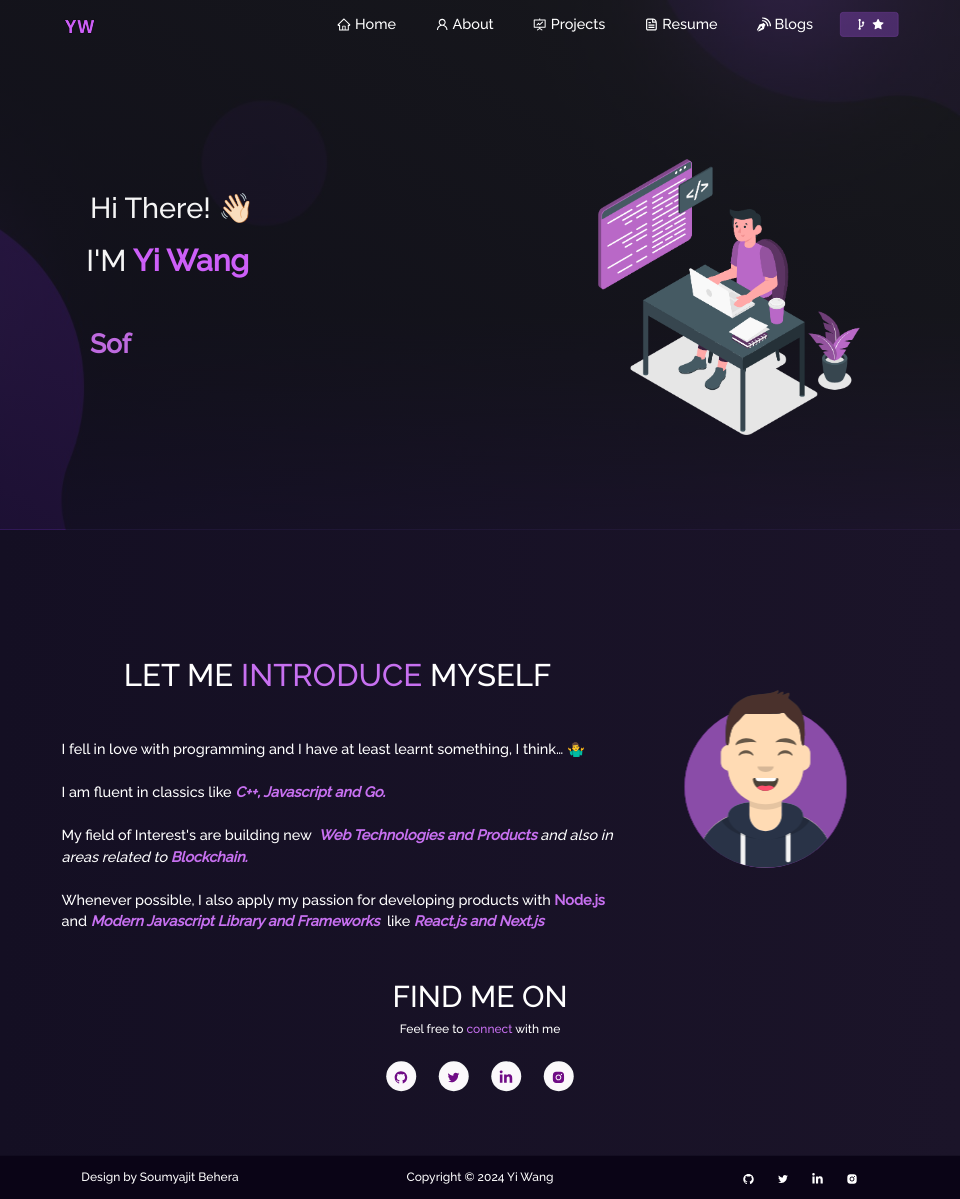
Repository: YiWang24/Portfolio
Page: /
An editor plug-in stored every save of this project. The page is shown before and after a run of saves, followed by the edit.
The browser window is 1280 px wide. The pictures show the whole page, at 75% of full size.
The project was rebuilt for these pictures with package versions that can differ from the ones it lists, and the page was loaded fresh each time. Also part of the build but not shown: src/components/About/Github.js, src/components/About/Techstack.js, src/components/About/AboutCard.js, src/components/About/Toolstack.js, src/components/About/About.js, src/components/Projects/ProjectCards.js, src/components/Projects/Projects.js, src/components/Resume/ResumeNew.js. Imported but missing from the stored project, and not drawn on this page: src/Assets/Soumyajit_Behera-BIT_MESRA.pdf.

Above is the page before, as saved 2024-08-21 02:24:37.

### src/components/Navbar.js
import React, { useState } from "react";
import Navbar from "react-bootstrap/Navbar";
import Nav from "react-bootstrap/Nav";
import Container from "react-bootstrap/Container";
import logo from "../Assets/logo.png";
import Button from "react-bootstrap/Button";
import { Link } from "react-router-dom";
import { CgGitFork } from "react-icons/cg";
import { ImBlog } from "react-icons/im";
import {
  AiFillStar,
  AiOutlineHome,
  AiOutlineFundProjectionScreen,
  AiOutlineUser,
} from "react-icons/ai";

import { CgFileDocument } from "react-icons/cg";

function NavBar() {
  const [expand, updateExpanded] = useState(false);
  const [navColour, updateNavbar] = useState(false);

  function scrollHandler() {
    if (window.scrollY >= 20) {
      updateNavbar(true);
    } else {
      updateNavbar(false);
    }
  }

  window.addEventListener("scroll", scrollHandler);

  return (
    <Navbar
      expanded={expand}
      fixed="top"
      expand="md"
      className={navColour ? "sticky" : "navbar"}
    >
      <Container>
        <Navbar.Brand href="/" className="d-flex">
          <img src={logo} className="img-fluid logo" alt="brand" />
        </Navbar.Brand>
        <Navbar.Toggle
          aria-controls="responsive-navbar-nav"
          onClick={() => {
            updateExpanded(expand ? false : "expanded");
          }}
        >
          <span></span>
          <span></span>
          <span></span>
        </Navbar.Toggle>
        <Navbar.Collapse id="responsive-navbar-nav">
          <Nav className="ms-auto" defaultActiveKey="#home">
            <Nav.Item>
              <Nav.Link as={Link} to="/" onClick={() => updateExpanded(false)}>
                <AiOutlineHome style={{ marginBottom: "2px" }} /> Home
              </Nav.Link>
            </Nav.Item>

            <Nav.Item>
              <Nav.Link
                as={Link}
                to="/about"
                onClick={() => updateExpanded(false)}
              >
                <AiOutlineUser style={{ marginBottom: "2px" }} /> About
              </Nav.Link>
            </Nav.Item>

            <Nav.Item>
              <Nav.Link
                as={Link}
                to="/project"
                onClick={() => updateExpanded(false)}
              >
                <AiOutlineFundProjectionScreen
                  style={{ marginBottom: "2px" }}
                />{" "}
                Projects
              </Nav.Link>
            </Nav.Item>

            <Nav.Item>
              <Nav.Link
                as={Link}
                to="/resume"
                onClick={() => updateExpanded(false)}
              >
                <CgFileDocument style={{ marginBottom: "2px" }} /> Resume
              </Nav.Link>
            </Nav.Item>

            <Nav.Item>
              <Nav.Link
                href="https://soumyajitblogs.vercel.app/"
                target="_blank"
                rel="noreferrer"
              >
                <ImBlog style={{ marginBottom: "2px" }} /> Blogs
              </Nav.Link>
            </Nav.Item>

            <Nav.Item className="fork-btn">
              <Button
                href="https://github.com/soumyajit4419/Portfolio"
                target="_blank"
                className="fork-btn-inner"
              >
                <CgGitFork style={{ fontSize: "1.2em" }} />{" "}
                <AiFillStar style={{ fontSize: "1.1em" }} />
              </Button>
            </Nav.Item>
          </Nav>
        </Navbar.Collapse>
      </Container>
    </Navbar>
  );
}

export default NavBar;

### src/components/Home/Home.js
import React from "react";
import { Container, Row, Col } from "react-bootstrap";
import homeLogo from "../../Assets/home-main.svg";
import Particle from "../Particle";
import Home2 from "./Home2";
import Type from "./Type";

function Home() {
  return (
    <section>
      <Container fluid className="home-section" id="home">
        <Particle />
        <Container className="home-content">
          <Row>
            <Col md={7} className="home-header">
              <h1 style={{ paddingBottom: 15 }} className="heading">
                Hi There!{" "}
                <span className="wave" role="img" aria-labelledby="wave">
                  👋🏻
                </span>
              </h1>

              <h1 className="heading-name">
                I'M
                <strong className="main-name"> Yi Wang</strong>
              </h1>

              <div style={{ padding: 50, textAlign: "left" }}>
                <Type />
              </div>
            </Col>

            <Col md={5} style={{ paddingBottom: 20 }}>
              <img
                src={homeLogo}
                alt="home pic"
                className="img-fluid"
                style={{ maxHeight: "450px" }}
              />
            </Col>
          </Row>
        </Container>
      </Container>
      <Home2 />
    </section>
  );
}

export default Home;

### src/components/Footer.js
import React from "react";
import { Container, Row, Col } from "react-bootstrap";
import {
  AiFillGithub,
  AiOutlineTwitter,
  AiFillInstagram,
} from "react-icons/ai";
import { FaLinkedinIn } from "react-icons/fa";

function Footer() {
  let date = new Date();
  let year = date.getFullYear();
  return (
    <Container fluid className="footer">
      <Row>
        <Col md="4" className="footer-copywright">
          <h3>Design by Soumyajit Behera</h3>
        </Col>
        <Col md="4" className="footer-copywright">
          <h3>Copyright © {year} Yi Wang</h3>
        </Col>
        <Col md="4" className="footer-body">
          <ul className="footer-icons">
            <li className="social-icons">
              <a
                href="https://github.com/soumyajit4419"
                style={{ color: "white" }}
                target="_blank"
                rel="noopener noreferrer"
              >
                <AiFillGithub />
              </a>
            </li>
            <li className="social-icons">
              <a
                href="https://twitter.com/Soumyajit4419"
                style={{ color: "white" }}
                target="_blank"
                rel="noopener noreferrer"
              >
                <AiOutlineTwitter />
              </a>
            </li>
            <li className="social-icons">
              <a
                href="https://www.linkedin.com/in/soumyajit4419/"
                style={{ color: "white" }}
                target="_blank"
                rel="noopener noreferrer"
              >
                <FaLinkedinIn />
              </a>
            </li>
            <li className="social-icons">
              <a
                href="https://www.instagram.com/soumyajit4419"
                style={{ color: "white" }}
                target="_blank"
                rel="noopener noreferrer"
              >
                <AiFillInstagram />
              </a>
            </li>
          </ul>
        </Col>
      </Row>
    </Container>
  );
}

export default Footer;

### src/components/Particle.js
import React from "react";
import Particles from "react-tsparticles";

function Particle() {
  return (
    <Particles
      id="tsparticles"
      params={{
        particles: {
          number: {
            value: 160,
            density: {
              enable: true,
              value_area: 1500,
            },
          },
          line_linked: {
            enable: false,
            opacity: 0.03,
          },
          move: {
            direction: "right",
            speed: 0.05,
          },
          size: {
            value: 1,
          },
          opacity: {
            anim: {
              enable: true,
              speed: 1,
              opacity_min: 0.05,
            },
          },
        },
        interactivity: {
          events: {
            onclick: {
              enable: true,
              mode: "push",
            },
          },
          modes: {
            push: {
              particles_nb: 1,
            },
          },
        },
        retina_detect: true,
      }}
    />
  );
}

export default Particle;

### src/components/Home/Home2.js
import React from "react";
import { Container, Row, Col } from "react-bootstrap";
import myImg from "../../Assets/avatar.svg";
import Tilt from "react-parallax-tilt";
import {
  AiFillGithub,
  AiOutlineTwitter,
  AiFillInstagram,
} from "react-icons/ai";
import { FaLinkedinIn } from "react-icons/fa";

function Home2() {
  return (
    <Container fluid className="home-about-section" id="about">
      <Container>
        <Row>
          <Col md={8} className="home-about-description">
            <h1 style={{ fontSize: "2.6em" }}>
              LET ME <span className="purple"> INTRODUCE </span> MYSELF
            </h1>
            <p className="home-about-body">
              I fell in love with programming and I have at least learnt
              something, I think… 🤷‍♂️
              <br />
              <br />I am fluent in classics like
              <i>
                <b className="purple"> C++, Javascript and Go. </b>
              </i>
              <br />
              <br />
              My field of Interest's are building new &nbsp;
              <i>
                <b className="purple">Web Technologies and Products </b> and
                also in areas related to{" "}
                <b className="purple">
                  Blockchain.
                </b>
              </i>
              <br />
              <br />
              Whenever possible, I also apply my passion for developing products
              with <b className="purple">Node.js</b> and
              <i>
                <b className="purple">
                  {" "}
                  Modern Javascript Library and Frameworks
                </b>
              </i>
              &nbsp; like
              <i>
                <b className="purple"> React.js and Next.js</b>
              </i>
            </p>
          </Col>
          <Col md={4} className="myAvtar">
            <Tilt>
              <img src={myImg} className="img-fluid" alt="avatar" />
            </Tilt>
          </Col>
        </Row>
        <Row>
          <Col md={12} className="home-about-social">
            <h1>FIND ME ON</h1>
            <p>
              Feel free to <span className="purple">connect </span>with me
            </p>
            <ul className="home-about-social-links">
              <li className="social-icons">
                <a
                  href="https://github.com/YiWang24"
                  target="_blank"
                  rel="noreferrer"
                  className="icon-colour  home-social-icons"
                >
                  <AiFillGithub />
                </a>
              </li>
              <li className="social-icons">
                <a
                  href="https://twitter.com/Soumyajit4419"
                  target="_blank"
                  rel="noreferrer"
                  className="icon-colour  home-social-icons"
                >
                  <AiOutlineTwitter />
                </a>
              </li>
              <li className="social-icons">
                <a
                  href="https://www.linkedin.com/in/soumyajit4419/"
                  target="_blank"
                  rel="noreferrer"
                  className="icon-colour  home-social-icons"
                >
                  <FaLinkedinIn />
                </a>
              </li>
              <li className="social-icons">
                <a
                  href="https://www.instagram.com/soumyajit4419"
                  target="_blank"
                  rel="noreferrer"
                  className="icon-colour home-social-icons"
                >
                  <AiFillInstagram />
                </a>
              </li>
            </ul>
          </Col>
        </Row>
      </Container>
    </Container>
  );
}
export default Home2;

Loaded but not shown: public/index.html (common file); src/index.js (common file); src/index.css (common file); src/App.js (common file); src/reportWebVitals.js (common file); src/components/Pre.js (common file); src/components/ScrollToTop.js (common file); src/style.css (common file); src/App.css (common file); src/components/Home/Type.js (common file)

After the next 2 saves:
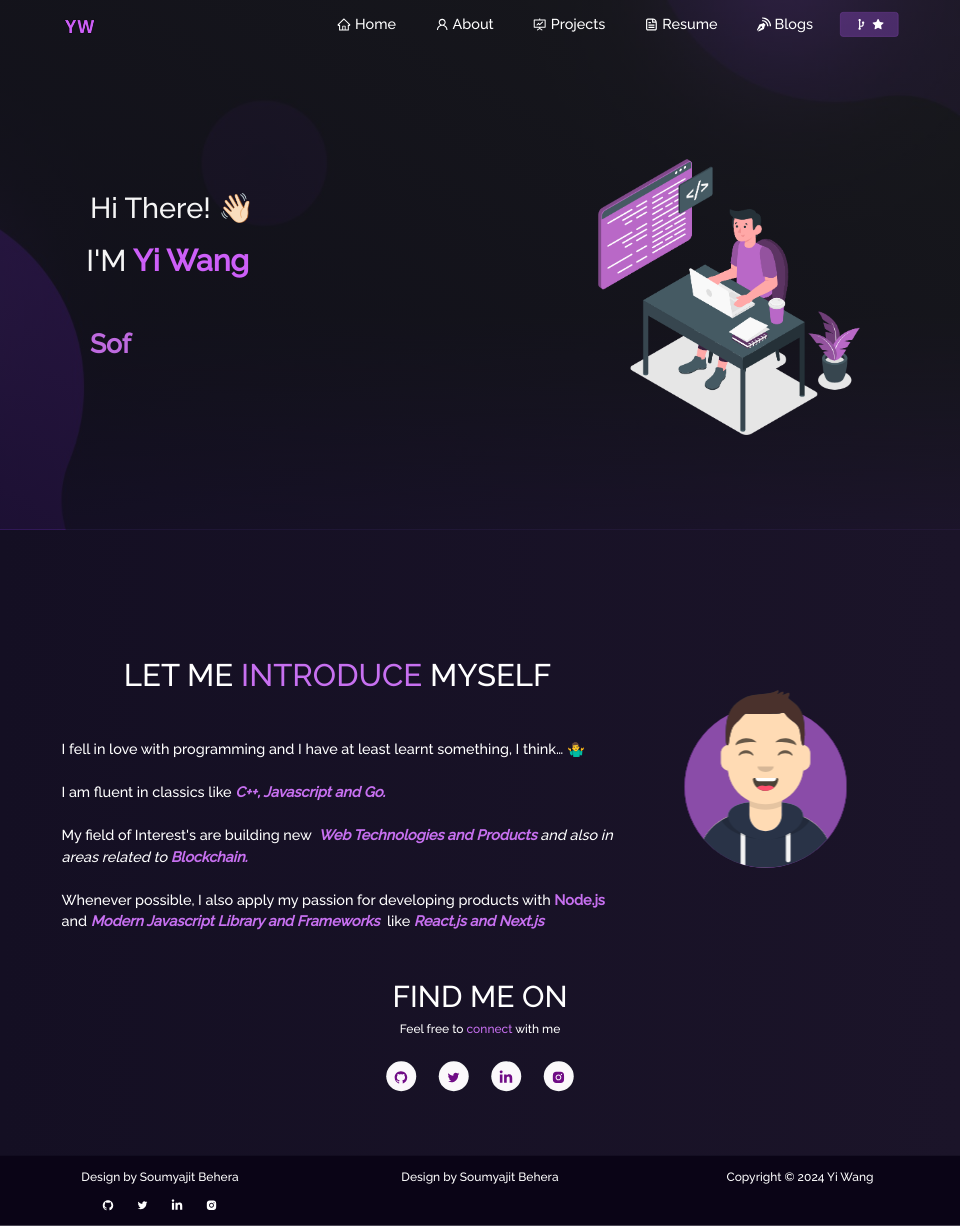
The 2 saves are shown as one change because they came seconds apart.
The last was saved 4 min 53 s later.
--- a/src/components/Footer.js
+++ b/src/components/Footer.js
@@ -13,6 +13,9 @@ function Footer() {
   return (
     <Container fluid className="footer">
       <Row>
+        <Col md="4" className="footer-copywright">
+          <h3>Design by Soumyajit Behera</h3>
+        </Col>
         <Col md="4" className="footer-copywright">
           <h3>Design by Soumyajit Behera</h3>
         </Col>
